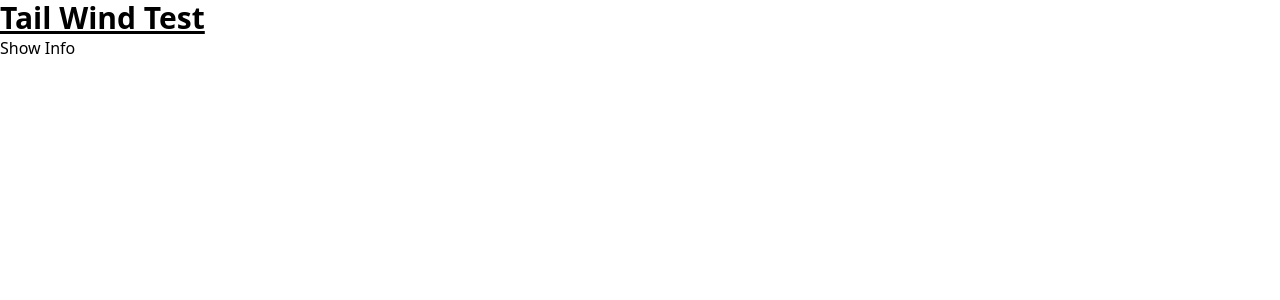
Repository: pawelpiwowarski/arweave-nft
Page: /
These files come from the project's save history. The page is drawn as it stood at one moment and after a run of saves; the edit follows.
The browser window is 1280 px wide. The pictures show the whole page.
The project was rebuilt for these pictures with package versions that can differ from the ones it lists, and the page was loaded fresh each time. The framework's server and built-in components were replaced by stand-ins that run in the browser.

Above is the page before, as saved 2023-01-17 14:59:48.

### pages/_app.tsx
import '../styles/globals.css'

function MyApp({ Component, pageProps }) {
    return <Component {...pageProps} />
    }

export default MyApp

### pages/index.tsx
import { useState } from "react";
import getContract from '../configureWarpClient'


function HomePage() {
 const [address, setAddress] = useState<string | null>(null);
const [img, setImg] = useState<string | null>(null);
const [res, setRes] = useState<string | null>(null);
  async function handleLogin() {

    const {transactionId, contract} = await getContract();

    setImg(`https://arweave.net/${transactionId}`)

    setAddress(await window.arweaveWallet.getActiveAddress());

    // fetch the data from local endpoint
    const response = await fetch('http://localhost:3000/api/hello', {
      method: 'GET',
      headers: {
        'Content-Type': 'application/json'
      }
    });

    const {name} = (await response.json());
    setRes(name);
  }

  return (

      // center the button
      <div>

      <h1 className="text-3xl font-bold underline" >Tail Wind Test</h1>
      <div>
            <button onClick={handleLogin}>Show Info</button>

      { address && <h1 className="text-3xl font-bold underline" >Address: {address}</h1>}
      { img && <img src={img} />}
    </div>
    </div>

  );
}

export default HomePage;

### configureWarpClient.js
import { WarpFactory } from "warp-contracts";

const transactionId = "o9u_KYD5-Tn-VRmeNAic0kdFqrLLz0bYgMu9COr7Gk0";

let warp;
let contract;

async function getContract() {
  warp = WarpFactory.forMainnet();

  // obtain the signature from the user who is using ArConnect wallet

  await window.arweaveWallet.connect([
    "ACCESS_ADDRESS",
    "SIGN_TRANSACTION",
    "SIGNATURE",
  ]);

  contract = warp.contract(transactionId).connect("use_wallet");

  console.log("contract", contract);
  return { transactionId, contract };
}

export default getContract;

Loaded but not shown: styles/globals.css (common file); tailwind.config.js (common file)

After the next 2 saves:
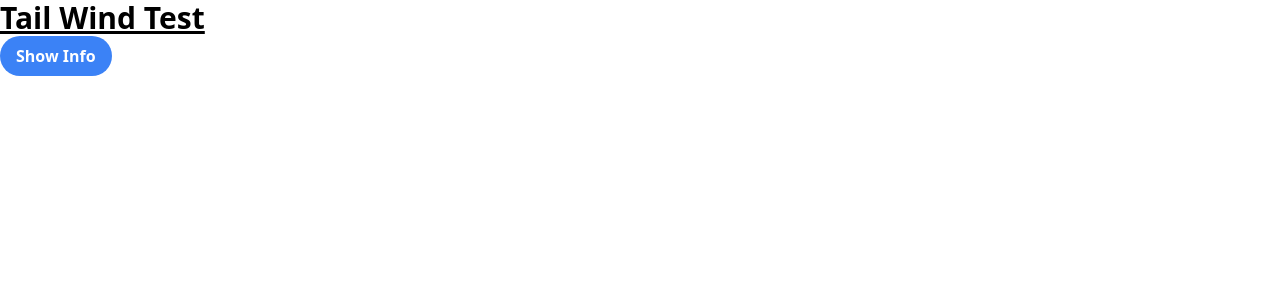
The 2 saves are shown as one change because they came seconds apart.
The last was saved 95 s later.
--- a/pages/index.tsx
+++ b/pages/index.tsx
@@ -33,7 +33,7 @@
 
       <h1 className="text-3xl font-bold underline" >Tail Wind Test</h1>
       <div>
-            <button onClick={handleLogin}>Show Info</button>
+            <button className="bg-blue-500 hover:bg-blue-700 text-white font-bold py-2 px-4 rounded-full" onClick={handleLogin}>Show Info</button>
 
       { address && <h1 className="text-3xl font-bold underline" >Address: {address}</h1>}
       { img && <img src={img} />}
